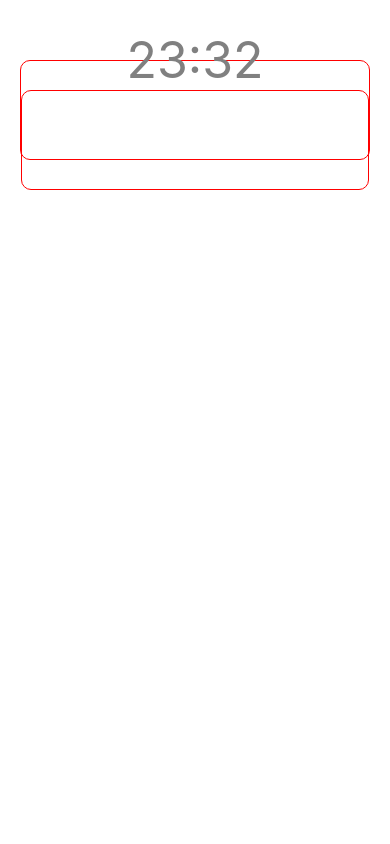
Repository: sonnke/imageResizer
Screen: /
The author's editor kept a copy of each file at every save. The screen is drawn from the files as they stood at one save, then again after the next save.
The app was drawn by React Native's web renderer in a window 390 px wide. The project was rebuilt for these pictures with package versions that can differ from the ones it lists, and the page was loaded fresh each time.

Above is the screen before, as saved 2020-02-02 13:10:10.

After the next save:
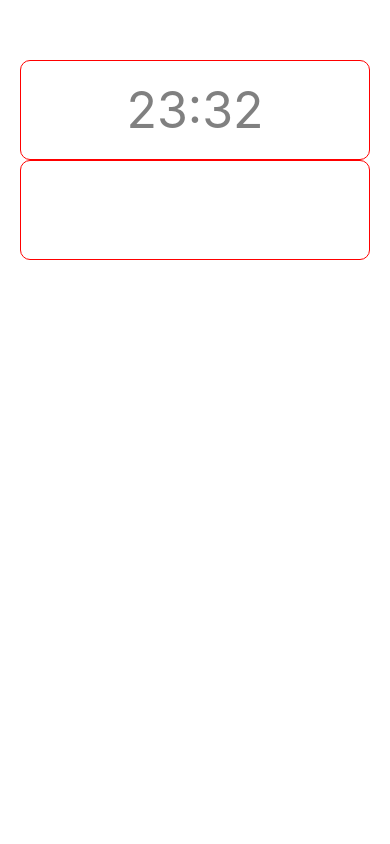
Saved 34 s later.
--- a/App.tsx
+++ b/App.tsx
@@ -40,8 +40,8 @@ export default function App() {
     <MainContainer>
       <StopWatch>
         <StopWatchText>23:32</StopWatchText>
-        <ImageContainer></ImageContainer>
       </StopWatch>
+      <ImageContainer></ImageContainer>
     </MainContainer>
   );
 }
